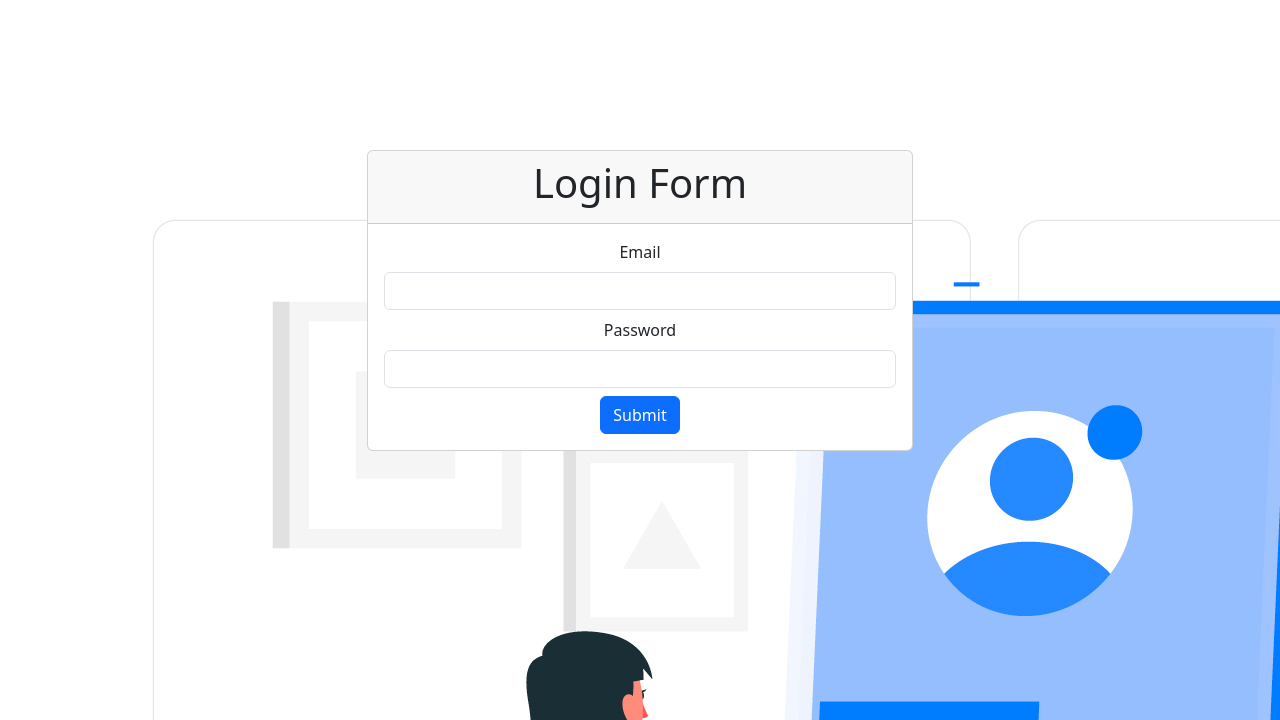
Repository: Laxman-Nath/java-internship
Page: http://localhost/Demo/login.jsp
An editor plug-in stored every save of this project. The page is shown before and after the next save, followed by the edit.
The browser window is 1280 px wide. The pictures show the whole page.
The page is served by Tomcat 9.

Above is the page before, as saved 2024-09-01 10:38:19.

After the next save:
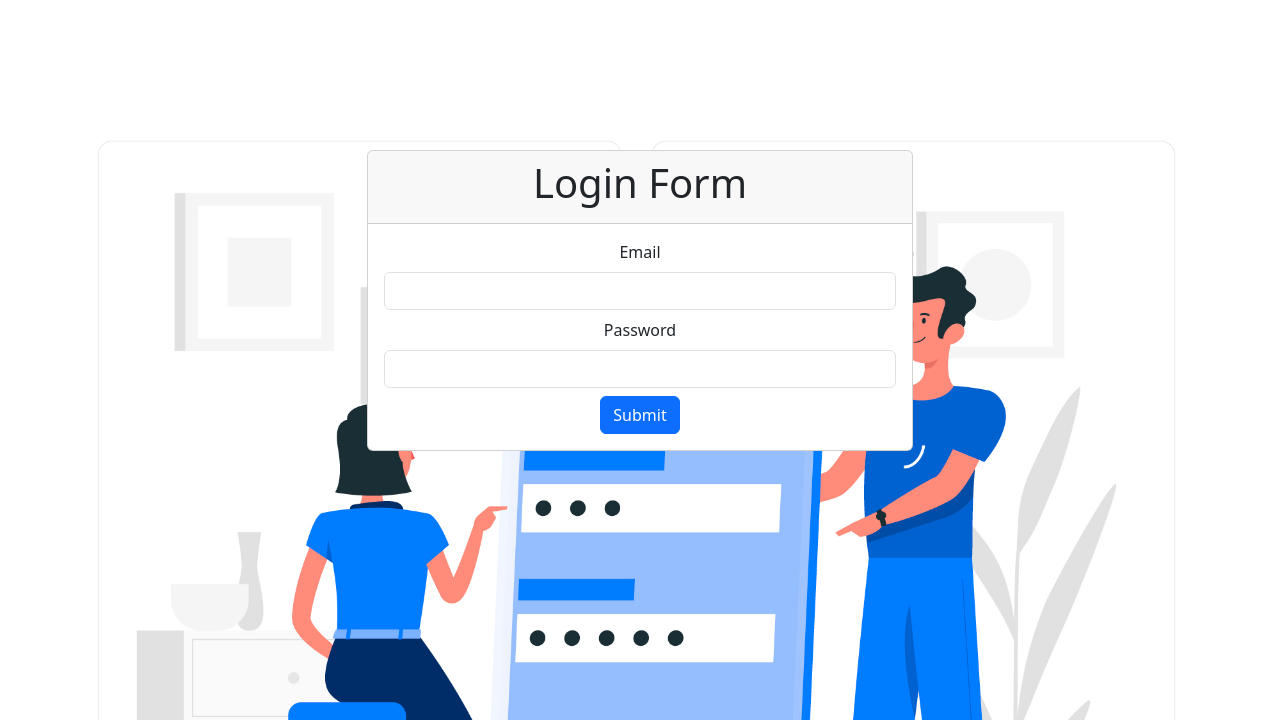
Saved 32 s later.
--- a/Servlet_JSP/Demo/src/main/webapp/login.jsp
+++ b/Servlet_JSP/Demo/src/main/webapp/login.jsp
@@ -11,7 +11,7 @@
 	integrity="sha384-QWTKZyjpPEjISv5WaRU9OFeRpok6YctnYmDr5pNlyT2bRjXh0JMhjY6hW+ALEwIH"
 	crossorigin="anonymous">
 </head>
-<body style="background-image:url('img/login.jpg')">
+<body style="background-image:url('img/login.jpg'); background-size:cover;">
 	<div class="container" style="margin-top: 150px;">
 		<div class="row">
 			<div class="col-md-6 offset-md-3">
